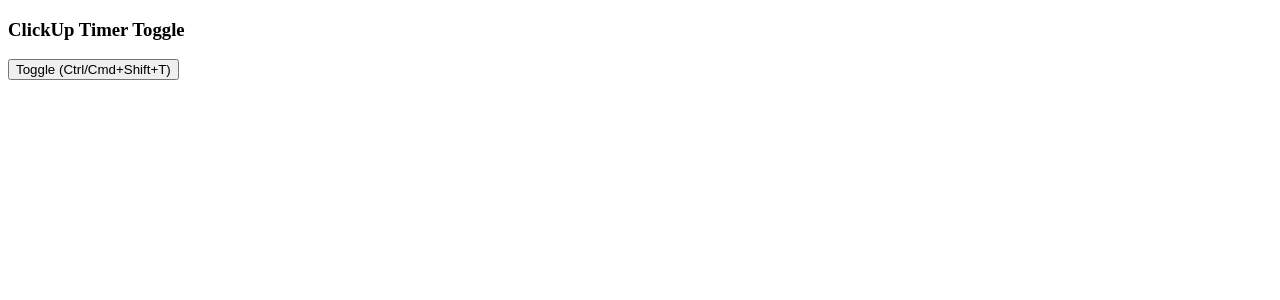
Repository: melkeades/clickup-timer
Page: index.html
These files come from the project's save history. The page is drawn as it stood at one moment and after the next save; the edit follows.
The browser window is 1280 px wide. The pictures show the whole page.

Above is the page before, as saved 2026-01-07 14:29:48.

### index.html
<!doctype html>
<html>
  <head>
    <meta charset="utf-8" />
    <title>ClickUp Timer Toggle</title>
  </head>
  <body>
    <h3>ClickUp Timer Toggle</h3>
    <button id="toggle">Toggle (Ctrl/Cmd+Shift+T)</button>
    <pre id="out"></pre>
    <script src="./renderer.js"></script>
  </body>
</html>

Loaded but not shown: renderer.js (no copy from this time; the picture is the same without it)

After the next save:
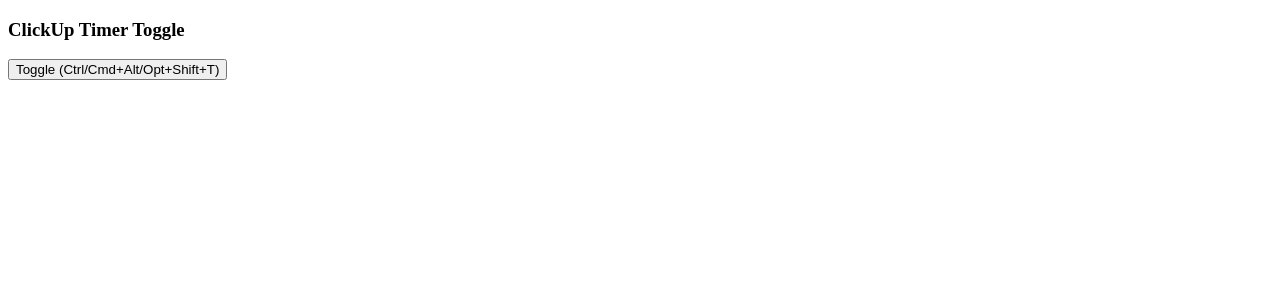
Saved 84 min 3 s later.
--- a/index.html
+++ b/index.html
@@ -6,7 +6,7 @@
   </head>
   <body>
     <h3>ClickUp Timer Toggle</h3>
-    <button id="toggle">Toggle (Ctrl/Cmd+Shift+T)</button>
+    <button id="toggle">Toggle (Ctrl/Cmd+Alt/Opt+Shift+T)</button>
     <pre id="out"></pre>
     <script src="./renderer.js"></script>
   </body>
